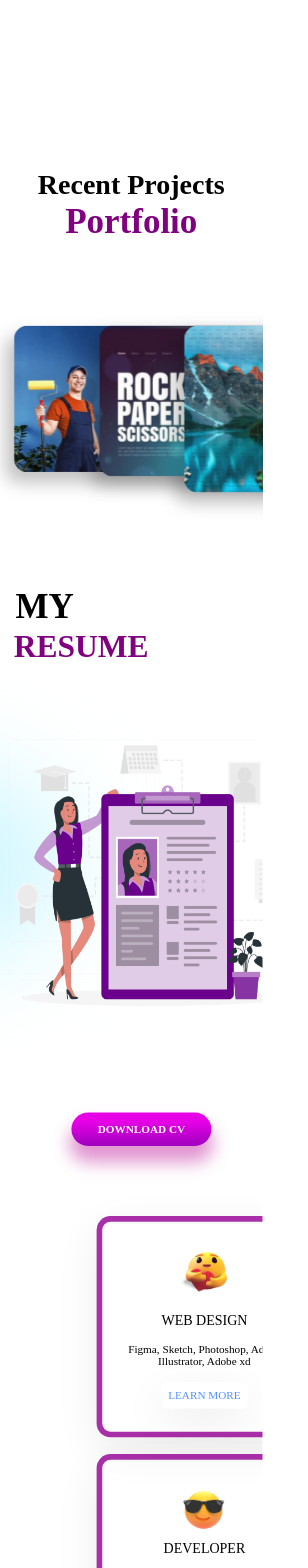
Repository: glorysandy/Protfolio
Page: /
These files come from the project's save history. The page is drawn as it stood at one moment and after the next save; the edit follows.
The browser window is 375 px wide. The page is 440 px wide, so the pictures cover 440 px, including what lies to the right of the window. The pictures show the part of the page from y = 3695 to 5935 px (the page is 7063 px tall before and 7183 px after), at 70% of full size.
Some web fonts or font styles are not loaded; a fallback is used. The project was rebuilt for these pictures with package versions that can differ from the ones it lists, and the page was loaded fresh each time. Imported but missing from the stored project, and not drawn on this page: src/components/Services/SANDHIYA.P (RESUME).pdf.

Above is the page before, as saved 2024-10-17 16:17:03.

### public/index.html
<!DOCTYPE html>
<html lang="en">
  <head>
    <meta charset="utf-8" />
    <link rel="icon" href="%PUBLIC_URL%/favicon.ico" />
    <meta name="viewport" content="width=device-width, initial-scale=1" />
    <meta name="theme-color" content="#000000" />
    <meta
      name="description"
      content="Web site created using create-react-app"
    />
    <style>
      @font-face{
        font-family: Gumela;
        src:url('../src/fonts/*');
      }
      *{
        font-family: 'Gumela';
        font-weight:normal ;
        font-size: 20px;

      }
      body{
        margin: 0;
      }
    </style>
    <link rel="apple-touch-icon" href="%PUBLIC_URL%/logo192.png" />
    <!--
      manifest.json provides metadata used when your web app is installed on a
      user's mobile device or desktop. See https://developers.google.com/web/fundamentals/web-app-manifest/
    -->
    <link rel="manifest" href="%PUBLIC_URL%/manifest.json" />
    <!--
      Notice the use of %PUBLIC_URL% in the tags above.
      It will be replaced with the URL of the `public` folder during the build.
      Only files inside the `public` folder can be referenced from the HTML.

      Unlike "/favicon.ico" or "favicon.ico", "%PUBLIC_URL%/favicon.ico" will
      work correctly both with client-side routing and a non-root public URL.
      Learn how to configure a non-root public URL by running `npm run build`.
    -->
    <title>React App</title>
  </head>
  <body>
    <noscript>You need to enable JavaScript to run this app.</noscript>
    <div id="root"></div>
    <!--
      This HTML file is a template.
      If you open it directly in the browser, you will see an empty page.

      You can add webfonts, meta tags, or analytics to this file.
      The build step will place the bundled scripts into the <body> tag.

      To begin the development, run `npm start` or `yarn start`.
      To create a production bundle, use `npm run build` or `yarn build`.
    -->
  </body>
</html>

### src/components/Navbar/Navbar.jsx
import React from "react";
import Toggle from "../Toggle/Toggle";
import "./Navbar.css";
import { Link } from "react-scroll";
const navbar = () => {
  return (
    <div className="n-wrapper" id="Navbar">
      {/* left */}
      <div className="n-left">
        <div className="n-name">MODE</div>
        <Toggle />
      </div>
      {/* right */}
      <div className="n-right">
        <div className="n-list">
          <ul style={{ listStyleType: "none" }}>
            <li>
              <Link activeClass="active" to="Navbar" spy={true} smooth={true}>
                HOME
              </Link>
            </li>
            <li>
              <Link to="testimonial" spy={true} smooth={true}>
                ABOUT
              </Link>
            </li>
            <li>
              <Link to="works" spy={true} smooth={true}>
                SKILLS
              </Link>
            </li>
            <li>
              <Link to="portfolio" spy={true} smooth={true}>
                PROJECTS
              </Link>
            </li>
            <li>
              <Link to=" services" spy={true} smooth={true}>
                RESUME
              </Link>
            </li>
          </ul>
        </div>
        <Link to="contact" spy={true} smooth={true}>
        <button className="button n-button">CONTACT</button>
        </Link>
      </div>
    </div>
  );
};

export default navbar;

### src/components/Testimonials/Testimonial.jsx
import React from "react";
import "./Testimonial.css";
import back from  "../../img/Hand coding-rafiki.png";
import { width } from "@fortawesome/free-brands-svg-icons/fa42Group";
const Testimonial = () => {

  return (
    <div className="t-wrapper" id="testimonial">
      <div className="t-heading" style={{marginLeft:"95vh" ,marginTop:"35vh"}}>
        <span>ABOUT </span>
        <span>ME </span>
      <div className="blur t-blur1" style={{ background: "var(--purple)" }}></div>
      <div className="blur t-blur2" style={{ background: "skyblue" }}></div>
      <div className="blur t-blur3" style={{ background: "voilet" }}></div>
       <div className="t-back"  >
       <img
          src={back}
          alt=""
        />
</div> <div className="t-sen" style={{fontSize:"1.6rem",fontWeight: "7rem",  position: "absolute", marginTop: "-100vh" ,marginLeft: "-48px",marginRight: "18px"
}}> <span>As a Full Stack Developer with 4 months of experience, I've   successfully completed 10+ projects , leveraging Front-end:  HTML/CSS (structure, styling), JavaScript , React (frameworks) ,Bootstrap, Material-UI (UI libraries), Responsive web design, Git (version control)
, Back-end:java (programming language),Database management ( MySQL). I've developed my soft skills like Team collaboration , Adaptability, Time management .I've enhanced code quality, implemented authentication   and authorization
,  Developed and integrated new features
. I'm eager to continue expanding my expertise in full-stack development, exploring emerging technologies, and delivering high-quality solutions.</span></div> </div>

<div className="head"> <span> ABOUT ME</span></div>

    <div className="dup">
    <span>As a Full Stack Developer with 4 months of experience, I've   successfully completed 10+ projects , leveraging Front-end:  HTML/CSS (structure, styling), JavaScript , React (frameworks) ,Bootstrap, Material-UI (UI libraries), Responsive web design, Git (version control)
, Back-end:java (programming language),Database management ( MySQL). I've developed my soft skills like Team collaboration , Adaptability, Time management .I've enhanced code quality, implemented authentication   and authorization
,  Developed and integrated new features
. I'm eager to continue expanding my expertise in full-stack development, exploring emerging technologies, and delivering high-quality solutions.</span>


      </div>

       </div>

  );
};

export default Testimonial;

### src/components/Experience/Experience.jsx
import React, { useContext } from "react";
import { themeContext } from "../../Context";
import "./Experience.css";
const Experience = () => {
  const theme = useContext(themeContext);
  const darkMode = theme.state.darkMode;

  return (
    <div className="experience" id='experience'>
      <div className="achievement">
        {/* darkMode */}
        <div className="circle" style={{color: darkMode?'var(--orange)':''}}>4+</div>
        <span  style={{color: darkMode?'white':''}}>months </span>
        <span>Experience</span>
      </div>
      <div className="achievement">
        <div className="circle" style={{color: darkMode?'var(--orange)':''}}>10+</div>
        <span  style={{color: darkMode?'white':''}}>completed </span>
        <span>Projects</span>
      </div>
    </div>
  );
};

export default Experience;

### src/components/Portfolio/Portfolio.jsx
import React, { useContext } from "react";
import "./Portfolio.css";
import { Swiper, SwiperSlide } from "swiper/react"
import "swiper/css";
import pro from "../../img/pro 1 copy.jpg";
import pro2 from "../../img/pro2.jpg";
import HOC from "../../img/hoc.png";
import pro3 from "../../img/pro3.jpg";
import { themeContext } from "../../Context";

const Portfolio = () => {
  const theme = useContext(themeContext);
  const config ={
    social:{
      pro1:'https://project-1-nerolac.vercel.app/',
      pro2:'https://rock-paper-scissors-phi-puce.vercel.app/',
      pro3:'https://sliding-puzzle-jade.vercel.app/',
    }
}

  const darkMode = theme.state.darkMode;
  return (
    <div className="portfolio" id="portfolio">
            <div className="blur t-blur2" style={{ background: "skyblue" }}></div>
      <div className="blur t-blur2" style={{ background: "voilet" }}></div>

      {/* heading */}
      <span style={{color: darkMode?'white': ''}}>Recent Projects</span>
      <span>Portfolio</span>



      {/* slider */}
      <Swiper
        spaceBetween={30}
        slidesPerView={3}
        grabCursor={true}
        className="portfolio-slider"
      ><div className="silde">


        <SwiperSlide>
          <div >
       <a href={config.social.pro1}  ><img src={pro} alt="" /></a>
          </div>
        </SwiperSlide>
        <SwiperSlide>
          <div>
          <a href={config.social.pro2}  ><img src={pro2} alt="" /></a>
          </div>
        </SwiperSlide>
        <SwiperSlide>
        <div>
        <a href={config.social.pro3}  ><img src={pro3} alt="" /></a>
        </div>
        </SwiperSlide>
        <SwiperSlide>
          <div>

          </div>
          <img src={HOC} alt="" />
        </SwiperSlide></div>
      </Swiper>

    </div>
  );
};

export default Portfolio;

### src/components/Contact/Contact.jsx
import React, { useContext, useRef, useState } from "react";
import "./Contact.css";
import emailjs from '@emailjs/browser';
import { themeContext } from "../../Context";

const Contact = () => {
  const theme = useContext(themeContext);
  const darkMode = theme.state.darkMode;
  const form = useRef();
  const [done, setDone] = useState(false)
  const sendEmail = (e) => {
    e.preventDefault();

    emailjs
      .sendForm(
        "service_y60teja",
        "template_4kj4n7i",
        form.current,
        "ORKOyUiaYznGkr2zZ"
      )
      .then(
        (result) => {
          console.log(result.text);
          setDone(true);


        },
        (error) => {
          console.log(error.text);
        }
      );
  };

  return (
    <div className="contact-form" id="contact">
      {/* left side copy and paste from work section */}

      <div className="w-left">
        <div className="awesome">
          {/* darkMode */}
          <span style={{color: darkMode?'white': ''}}>Get in Touch</span>
          <span style={{color:"purple"}}>Contact me</span>
          <div
            className="blur s-blur1"
            style={{ background: "#ABF1FF94" }}
          ></div>
        </div>
      </div>
      {/* right side form */}
      <div className="c-right">
      <form ref={form}  onSubmit={sendEmail}>
          <input type="text" name="user_name" className="user"  placeholder="NAME"/>
          <input type="email" name="user_email" className="user" placeholder="EMAIL"/>
          <textarea name="message" className="user" placeholder="MESSAGE"/>
          <input  type="submit" value="Send" className="button"/>
          <span  className="c-t">{done && "Thanks for Contacting me"}</span>  </form>
          <div
            className="blur c-blur1"
            style={{ background: "var(--purple)" }}
          ></div>


      </div>
      </div>

  );
};

export default Contact;

### src/components/Footer/Footer.jsx
import React from "react";
import "./Footer.css";
import Git from "../../img/git3.png";
import ins from "../../img/mylink.png";
import end from "../../img/end.png";
import wave2 from "../../img/AdobeStock_559187959 copy.png";
import { width } from "@fortawesome/free-brands-svg-icons/fa42Group";
const Footer = () => {

  const config ={
    social:{
      Github:'https://github.com/glorysandy',
      LinkedIn:'https://www.linkedin.com/in/sandhiya-parasuraman-822719298/',

    }
}


  return (
    <div className="footer">
     <img src={wave2} alt="" style={{ width: "100%", height: "80%",  marginTop:"-2vh"}} />

     <div className="blur t-blur1" style={{ background: "var(--purple)" }}></div>
      <div className="blur t-blur2" style={{ background: "var(--purple)" }}></div>
      <div className="f-content"  >
        <div>        <span > EMAIL ID: samuve0842@gmail.com</span> <br></br> <br></br> <br></br>
        <span>PHONE NO: 9043545860</span>
        </div>
        <div className="f-back"  >
       <img
          src={end}
          alt=""
        />
        </div>

        <div className="f-icons" >

          <a href={config.social.LinkedIn} ><img src={ins} alt="" /></a>
          <a href={config.social.Github}><img src={Git} alt=""/></a>
        </div>

      </div>
      </div>
  );
};

export default Footer;

### src/components/Toggle/Toggle.jsx
import React, { useContext } from "react";
import "./Toggle.css";
import Moon from "@iconscout/react-unicons/icons/uil-moon";
import Sun from "@iconscout/react-unicons/icons/uil-sun";
import { themeContext } from "../../Context";

const Toggle = () => {
  const theme = useContext(themeContext);
  const darkMode = theme.state.darkMode;
  const handleClick = () => {
    // debugger
    theme.dispatch({ type: "toggle" });
  };
  return (
    <div className="toggle" onClick={handleClick}>
      <Moon />
      <Sun />
      {/*                              toggle.css mein left ki property aik assign hy ussy delete
                                          krna hy pehly */}
      <div
        className="t-button"
        style={darkMode ? { left: "2px" } : { right: "2px" }}
      ></div>
    </div>
  );
};

export default Toggle;

### src/components/Navbar/Navbar.css
.n-wrapper {
  height: 10vh;
  display: flex;
  justify-content: space-between;
  margin-bottom: 2rem;
  top: 0;
}
.n-left {
  flex: 1;
  align-items: center;
  justify-content: left;
  display: flex;
  gap: 2rem;

}
.n-name {
  font-size: 1.3rem;
  font-weight: bold;
}
.n-right {
  flex: 1;
  display: flex;
  align-items: center;
  justify-content: flex-end;
  font-weight: 400;

}
.n-right :hover{
  color: rgb(165, 0, 137);


}
.n-list {
  flex: 10;
}
.n-list > ul {
  display: flex;
  gap: 2rem;
  margin-right: 4rem;
}

.n-list > ul :hover {
  color: var(--orange);
  cursor: pointer;


}

.n-button {
  flex: 2;

}

@media screen and (max-width: 480px) {
  .n-list {
    display: none;
  }
}

### src/components/Intro/Intro.css
.Intro {
  display: flex;
  height: 77vh;
  margin-top: 6rem;
}

/* left side styling */
.i-left {
  display: flex;
  position: relative;
  flex: 1;
  flex-direction: column;
  gap: 2rem;
}
.i-name {
  display: flex;
  flex-direction: column;
  gap: 0.25rem;
}
.i-name > :nth-child(1) {
  color: rgb(243, 188, 6);
  font-weight: bold;
  font-size: 3rem;
}
.i-name > :nth-child(2) {
  color: rgb(136, 7, 136);

  font-weight: bold;
  font-size: 2.9rem;
}
.i-name > :nth-child(3) {
  font-weight: 100;
  font-size: 17px;
  color: var(--gray);
  margin-top: 10px;
}
.i-button {
  width: 6rem;
  height: 2rem;

}
.i-button:hover{
  color: rgb(121, 1, 101);
  background-color: rgb(226, 80, 255);
  box-shadow: 0 0 20px rgb(255, 53, 238);

}
.i-icons {
  margin-top: 3rem;
  display: flex;
  gap: 0rem;
}
.i-icons > * {
  transform: scale(0.5);
}
.i-icons > *:hover {
  cursor: pointer;
  color: rgb(121, 1, 101);
  background-color: rgb(226, 80, 255);
  box-shadow: 0 0 20px rgb(255, 53, 238);


}
/* right side styling */
.i-right {
  flex: 1;
  position: relative;
}
.i-right > * {
  position: absolute;
  z-index: 1;
}
.i-right > :nth-child(1) {
  transform: scale(0.69);
  left: -15%;
  top: -9%;
}
.i-right > :nth-child(2) {
  top: -4.6rem;
  transform: scale(0.67);
  left: -3rem;
}
.i-right > :nth-child(3) {
  transform: scale(1.4);
  width: 18rem;
  height: 18rem;
  left: 28%;
}
.i-right > :nth-child(4) {
  transform: scale(0.62);
  top: -19%;
  left: -24%;
  border-radius: 50%;
  padding: 0;
}

/* blur */
.blur {
  position: absolute;
  width: 22rem;
  height: 14rem;
  border-radius: 50%;
  background: #edd0ff;
  filter: blur(212px);
  z-index: -9;
  top: -18%;
  left: 56%;
  filter: blur(72px);
}

@media screen and (max-width: 480px) {
  .Intro {
    flex-direction: column;
    gap: 7rem;
    height: 43rem;
  }

  .i-right {
    transform: scale(0.8);
    left: -3rem;
  }
  .i-right .blur {
    display: none;
  }
  .floating-div:nth-of-type(1){
    /* display: none; */
    top: -7rem !important;;
  }
}

### src/components/Testimonials/Testimonial.css
.t-wrapper{
    padding:  0 3rem 0 3rem;;
    height: 100vh;
    display: flex;
    align-items: center;
    justify-content: center;
    margin-top: 7rem;
    flex-direction: column;
    gap: 2rem;
    position: relative;


}
.t-heading{
    align-self: start;

}
.t-heading>*{
    font-size: 2rem;
    font-weight: bold;

}
.t-heading span:nth-of-type(2){
    color: rgba(170, 0, 170, 0.733);
}
.head{
    margin-left: -90vh;
    margin-top: -1rem;
    font-size: 20vh;
    color: purple;
    font-weight: bold;
    display: none;
}
.t-blur1{
    left: 38rem;
    top: 16rem;
}
.t-blur2{
    top: 9rem;
    left: 0;
}
.t-back{
    display: flex;
    position: relative;
    width: 35rem;
    height:35rem;
    left:-115vh;
    top:-3rem;
}
.t-sen{
font-size:1.6rem;
}
.t-sen:hover{
cursor: pointer;
color: rgb(121, 1, 101);
box-shadow: 0 0 20px rgb(255, 53, 238);
padding: 0.7rem;
border-radius: 5px;
}
.dup{
    display: none;

}
.dup{
    cursor: pointer;
    color: rgb(121, 1, 101);
    box-shadow: 0 0 20px rgb(255, 53, 238);
    padding: 0.7rem;
    border-radius: 5px;

}
@media screen and (max-width: 480px) {

    .t-back{
        flex-direction: column;
        transform: scale(0.6);
        margin-left:  -115px;
        gap:5rem;
        height: 64rem;
        margin-top: -70vh;
        position: relative;
        display: none;
    }
    .head{
        margin-top: 2rem;
        padding: 1rem;
        display: flex;
        margin-left: -20px;
    font-size: 20rem;
    font-weight: bolder;
    }
    .dup  {

        display: flex;
        margin-top: 1px;
        transform: scale(0.8);
        border: 5px solid purple;
        color: black;
        width: 340px;
        justify-content: start;
    }
    .c-t{
        transform: scale(0.7);
        margin-top: -2rem;
    }
}

### src/components/Experience/Experience.css
.experience {
  display: flex;
  align-items: center;
  justify-content: center;
  gap: 5rem;
  height: 30vh;
  margin-bottom: 8rem;
  /* darkmode */
  color: var(--black);
  margin-top: 15vh;
}
.achievement{
    display: flex;
    flex-direction: column;
    align-items: center;
}
.circle {

    width: 4rem;
    height: 4rem;
    background: white;
    border-radius: 100%;
    position: relative;
    display: flex;
    align-items: center;
    justify-content: center;
    font-size: 1.5rem;
    font-weight: bold;
    margin-bottom: 2rem;
}
.circle::before {
    border-radius: 100%;
    content: '';
    background-image: linear-gradient(to bottom, #87e6fb 0%, #ffc05c 100%);
    top: -8px;
    left: -8px;
    bottom: -8px;
    right: -8px;
    position: absolute;
    z-index:-1;
    box-shadow: var(--boxShadow);
}

.achievement span:nth-of-type(2){
    color: var(--orange);
}


@media screen and (max-width: 480px) {
    .experience{
        transform: scale(0.7);
        margin-top: 8rem;
    }
}

### src/components/Works/Works.css
.works {
  padding: 0 3rem 0 3rem;
  display: flex;
  height: 90vh;
  margin-top: -3rem;

  /* scroll */
  align-items: center;
}
/* left side */
.awesome {
  display: flex;
  flex-direction: column;
  position: relative;
}
.tex:hover{
cursor: pointer;
color: rgb(121, 1, 101);
box-shadow: 0 0 20px rgba(255, 147, 246, 0.89);
background-color: rgba(204, 0, 245, 0.068);
padding: 2.2rem;
}
.k-button {

  width: 8rem;
  height: 2rem;
  top: 4rem;
}

/* right side */
.w-right {
  position: relative;
}

.w-mainCircle {
  left: 9rem;
  position: relative;
  width: 18rem;
  height: 18rem;
  border-radius: 100%;
  box-shadow: var(--smboxShadow);
  top: 2rem;
  background: white;
  /* darkMode */
  z-index: 2;
}
.w-mainCircle > * {
  position: absolute;
}
.w-mainCircle > :nth-child(1) {
  top: -3rem;
  left: 6rem;
}
.w-mainCircle > :nth-child(2) {
  left: -3rem;
  top: 5rem;
}
.w-mainCircle > :nth-child(3) {
  left: 6rem;
  top: 5rem;
}
.w-mainCircle > :nth-child(4) {
  left: 15rem;
  top: 5rem;
}
.w-mainCircle > :nth-child(5) {
  left: 6rem;
  top: 13rem;
}
.w-secCircle {
  width: 6.5rem;
  height: 6.5rem;
  position: absolute;
  border-radius: 100%;
  border: 5px solid #ebebeb;
  display: flex;
  align-items: center;
  justify-content: center;
  background: "none";
  box-shadow: var(--smboxShadow);
  background: white;
}

.w-secCircle > img {
  transform: scale(0.6);
}

.w-backCircle {
  position: absolute;
  height: 13rem;
  width: 13rem;
  border-radius: 100%;
  /* darkMode */
  z-index: 1;
}
.blueCircle {
  background: #1949b8;
  left: 18rem;
  top: 0rem;
}
.yellowCircle {
  background: #f5c32c;
  left: 18rem;
  top: 8rem;
}

@media screen and (max-width: 480px) {
  .works {
    flex-direction: column;
  height: 170vh;
    padding: 1rem;
    gap: 5rem;
    position: relative
    ;
    margin-top: -6rem;
  }
  .awesome > :nth-child(2){
    position: relative;
    transform: scale(0.9);

    margin-left: -20px;
  }
 .awesome > :nth-child(3){

  transform: scale(1.0);
font-size: 0.5rem;
display: contents;
margin-left: 5rem;

}
.k-button{
  gap: 1rem;
  margin-top: 2vh;
  margin-left: 1rem;
}
  .w-right {
    display: flex;
    align-items: flex-start;
    justify-content:start;
    transform: scale(0.7);

  }
  .w-mainCircle{
    position: static;
  }
  .w-backCircle{
    left: 8rem!important;
  }

}

### src/components/Portfolio/Portfolio.css
.portfolio {
  display: flex;
  align-items: center;
  justify-content: center;
  flex-direction: column;
  height: 70vh;
margin-top: 3rem;;
}
/* heading */
.portfolio span:nth-of-type(1) {
  color: var(--black);
  font-size: 2rem;
  font-weight: bold;
}

.portfolio span:nth-of-type(2) {
  color: purple;
  font-size: 2.5rem;
  font-weight: bold;
}

/* slider */
.portfolio .swiper{
    overflow: visible!important;
}

.portfolio-slider {
  margin-top: 6rem;
  width: 100%;
}

.portfolio-slider .swiper-slide {
  width: 20rem;
}
.portfolio img {
  width: 19rem;
  filter: drop-shadow(-12px 15px 13px rgba(0, 0, 0, 0.25));
  border-radius: 19px;
}
.slide{
  cursor: pointer;
  background-color: rgb(1, 12, 22);
}
.s-blur2 {
  left: 14rem;
  top: 8rem;
}

.s-blur1 {
  top: 13rem;
  left: -18rem;
}
@media screen and (max-width: 480px) {
  .portfolio{
    margin-top: 5vh;
  }
}

### src/components/Services/Services.css
.services {
  padding: 0 3rem 0 3rem;
  display: flex;
  height: 30rem;
  margin-bottom: 8rem;
  margin-top: 5rem;
  margin-bottom: 13rem;
  /* scroll view */
  padding-top: 3rem;
}
/* left side */
.awesome {
  display: flex;
  flex-direction: column;
  position: relative;
  /* gap: 20px; */
}

.awesome > :nth-child(1) {
  color: var(--black);
  font-size: 2.5rem;
  font-weight: bold;
}
.awesome > :nth-child(2) {
  color: purple;
  font-size: 2.5rem;
  font-weight: bold;
}
.awesome > :nth-child(3) {
  color: var(--gray);
  font-size: 14px;
  margin-top: 1rem;
}
.s-back{
  display: flex;
  position: relative;
  height: 80vh;
  width: 80vh;
  margin-left: -130px;
  margin-top: -3rem;
}

.s-button {
  width: 10rem;
  height: 2.4rem;
  margin-top: -0.3rem;
font-weight: 600;
}
/* right sided */
.cards {
  position: relative;
  left: 32vh;
}
.cards > * {
  position: absolute;
}

/* blur */
.s-blur2 {
  left: 14rem;
  top: 8rem;
}

.s-blur1 {
  top: 13rem;
  left: -18rem;
}

@media screen and (max-width: 480px) {
  .services {
    margin-top: 4rem;
    flex-direction: column;
    gap: 5rem;
    height: 66rem;
    padding: 2px;
  }
.s-back{
  transform: scale(0.8);
  padding: 1rem;
}
  .cards {
    display: flex;
    flex-direction: column;
    gap: 17rem;
  }
  .cards > * {
    position: static;
  }
  .s-button{
    justify-content: center;
    margin-left: 4rem;
  }
}

### src/components/Contact/Contact.css
.contact-form{
    padding: 0 3rem 0 3rem;
    display: flex;
    height: 80vh;
    margin-top: 1rem;
      /* scroll */
  padding-top: 3rem;
}


.c-right{
    display: flex;
    justify-content: center;
    position: relative;
    flex: 1;
}

.c-right>form
{
    display: flex;
    flex-direction: column;
    gap: 2rem;
    align-items: center;

}

.c-right .user{
    width: 20rem;
    height: 2rem;
    padding: 0.3em;
    outline: none;
    border: 4px solid purple;
    border-radius: 8px;
    font-size: 16px;

}

.user:hover{
    border: 4px solid purple ;
    background-color: rgb(245, 194, 255);
    box-shadow: 0 0 20px rgb(255, 170, 248);
cursor: pointer;
}
textarea{
    height: 4rem!important;
}

.c-blur1{
    top: 1rem;
    left: 8rem;
}

@media screen and (max-width: 480px) {
    .contact-form{
        padding: 1rem;
        flex-direction: column;
        gap: 5rem;
        height: 40rem;
        margin-top: 20rem;
    }
    .c-right .user{
        width: 16rem;

    }

}   .c-right .button{
    position: static;
}

### src/components/Footer/Footer.css
.footer {
  display: flex;
  align-items: center;
  margin: -0.5rem -3.5rem;
  position: relative;
  margin-top: -7rem;

}

.f-content {
  position: absolute;
  display: flex;
  align-items: center;
  justify-content: center;
  flex-direction: column;
  width: 100%;
  margin-top: 2rem;
  gap: 4rem;
  color: rgb(143, 0, 143);
  font-weight: 700;
  font-size: 10rem;
}
.f-ip{
  display: flex;
  position: relative;
  width: 5rem;
  height:5rem;

}
.f-icons {
  display: flex;
  gap: 2rem;
  margin-top: -3rem;
  margin-left: -60px;
}
.f-icons:hover{
color:rgb(254, 255, 176);
cursor: pointer;
}
.f-back{
  position: absolute;
  margin-left: -120vh;
  margin-top: -6rem;
}
@media screen and (max-width: 480px){
  .footer{
    margin-top: -8rem;
  }
  .f-content{
    transform: scale(.5);
    margin-left: 20px;
    margin-top: -0.5rem;


  }
  .f-back{
    transform: scale(0.65);
   margin-left: -570px;
  }
}

### src/components/Toggle/Toggle.css
.toggle{
    display: flex;
    justify-content:space-between;
    border: 3px solid var(--purple);
    border-radius: 1rem;
    position: relative;
    padding: 2px;
    cursor: pointer;

}
.toggle>*{
    width: 1rem;
    height: 1rem;
    color: purple;
}
.t-button{
    border-radius: 100%;
    background: var(--purple );
    position: absolute;
}
.t-button:hover{
    background: linear-gradient(180deg, #e600e6 26.71%, #9f00be 99.36%);
    box-shadow: 0px 20px 24px 3px rgba(184, 0, 144, 0.42);

}

### src/components/Card/Card.css
.card {
  width: 10rem;
  height: 13rem;
  position: absolute;
  display: flex;
  flex-direction: column;
  gap: 1rem;
  align-items: center;
  width: 10rem;
  text-align: center;
  background: rgba(255, 255, 255, 0.26);
  border: 8px solid rgba(150, 0, 150, 0.815);
  box-shadow: var(--boxShadow);
  border-radius: 20px;
  padding: 0px 26px 2rem 26px;
}
.card span:nth-of-type(2) {
  color: var(--gray);
  font-size: 16px;
}
.card > img {
  transform: scale(0.6);
  margin-bottom: -2rem;
}
.c-button {
    background: #FFFFFF;
    box-shadow: 0px 19px 60px rgba(0, 0, 0, 0.08);
    border-radius: 7px;
    border: none;
    padding: 10px;
    font-size: 16px;
    color: #5290FD;
}

.c-button:hover{
    transform: scale(1.1);
    cursor: pointer;
}
/* cards */




@media screen and (max-width: 480px){
  .card{
    width: 240px;
    margin-left: -140px;
    justify-content: center;
    padding: 1 rem;
  }
}

Loaded but not shown: src/index.js (common file); src/App.js (common file); src/Context.js (common file); src/App.css (common file); src/components/FloatingDiv/FloatingDiv.jsx (common file); src/components/Card/Card.jsx (common file); src/components/FloatingDiv/FloatingDiv.css (common file); src/components/Intro/Intro.jsx (109 lines, source omitted); src/components/Works/Works.jsx (95 lines, source omitted); src/components/Services/Services.jsx (95 lines, source omitted)

After the next save:
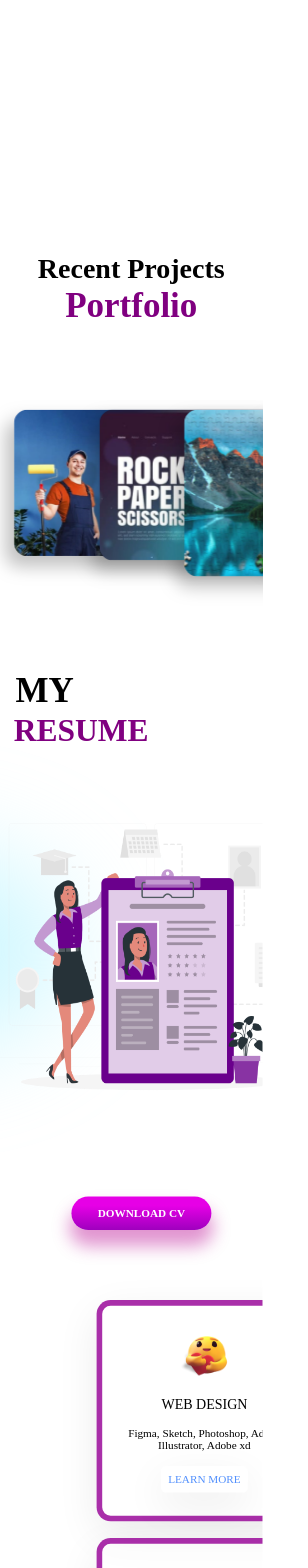
Saved 11 s later.
--- a/src/components/Portfolio/Portfolio.css
+++ b/src/components/Portfolio/Portfolio.css
@@ -52,6 +52,6 @@ margin-top: 3rem;;
 }
 @media screen and (max-width: 480px) {
   .portfolio{
-    margin-top: 5vh;
+    margin-top: 20vh;
   }
 }
